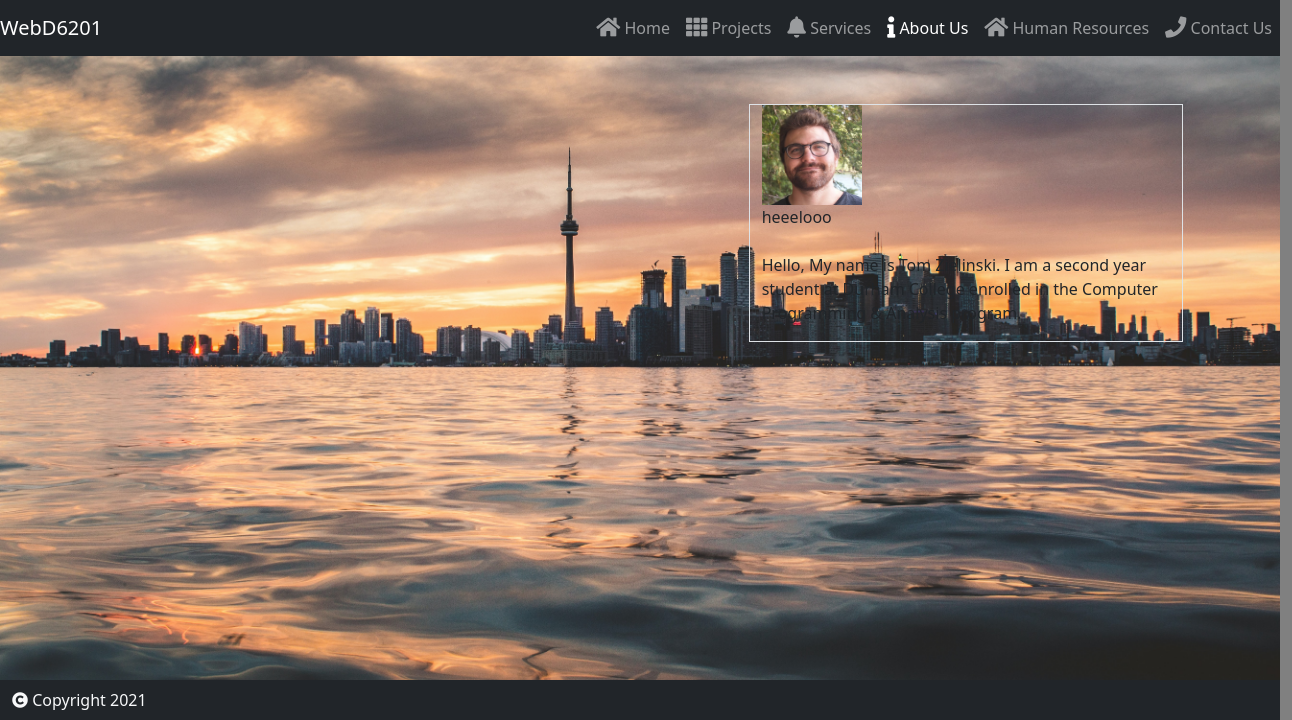
Repository: Tomelinski/Webd6201-Lab02
Page: about.html
These files come from the project's save history. The page is drawn as it stood at one moment and after the next save; the edit follows.
The browser window is 1280 px wide. The page is 1292 px wide, so the pictures cover 1292 px, including what lies to the right of the window. The pictures show the whole page.

Above is the page before, as saved 2021-02-05 17:31:27.

### about.html
<!-- Author(s): Tom Zielinski,
 *              Calvin May
 *
 *   Date: 02/02/2021 | Last Modified: 02/03/2021
 *   Document: about.html
 *   Description: ...
-->
<!DOCTYPE html>
<html lang="en">
<head>
    <meta charset="UTF-8">
    <meta name="viewport" content="width=device-width, initial-scale=1.0">
    <title>About</title>
    <!-- -->
    <link rel="stylesheet" href="./node_modules/bootstrap/dist/css/bootstrap.min.css">
    <link rel="stylesheet" href="./node_modules/@fortawesome/fontawesome-free/css/all.min.css">
    <link rel="stylesheet" href="./Content/app.css">

</head>
<body>
      <!-- Main header -->
      <header>
        <!-- Main Nav -->
          <nav class="navbar navbar-expand-lg navbar-dark bg-dark ">
              <a class="navbar-brand" href="./index.html">WebD6201</a>
              <button class="navbar-toggler" type="button" data-toggle="collapse" data-target="#navbarSupportedContent" aria-controls="navbarSupportedContent" aria-expanded="false" aria-label="Toggle navigation">
                <span class="navbar-toggler-icon"></span>
              </button>

              <div class="collapse navbar-collapse" id="navbarSupportedContent">
                <ul id="pageList" class="navbar-nav ms-auto mb-2 mb-lg-0">
                  <li class="nav-item ">
                    <a class="nav-link" aria-current="page" href="index.html"><i class="fas fa-home fa-lg"></i> Home</a>
                  </li>

                  <li class="nav-item">
                      <a id="projects" class="nav-link" aria-current="page" href="products.html"><i class="fas fa-th fa-lg"></i> Products</a>
                  </li>

                  <li class="nav-item">
                      <a class="nav-link" aria-current="page" href="services.html"><i class="fas fa-bell fa-lg"></i> Services</a>
                  </li>

                  <li class="nav-item">
                      <a class="nav-link active" aria-current="page" href="about.html"><i class="fas fa-info fa-lg"></i> About Us</a>
                  </li>

                  <li class="nav-item">
                      <a class="nav-link" aria-current="page" href="contact.html"><i class="fas fa-phone fa-lg"></i> Contact Us</a>
                  </li>
                </ul>
              </div>
            </nav>
      </header>

      <main>
        <div class="row justify-content-around">
          <div id="about-calvin" class="col-4 mt-5">

          </div>
          <div id="about-tom" class="col-4 mt-5 border">
            <div class="pull-left" id="about-tom-pic">
            </div>

            <div class="pull-left" id="about-tom-content">
              heeelooo
            </div>

          </div>
        </div>
      </main>

    <!-- Script section -->
    <script src="./node_modules/jquery/dist/jquery.min.js"></script>
    <script src="./node_modules/bootstrap/dist/js/bootstrap.bundle.min.js"></script>
    <script src="./Scripts/app.js"></script>
</body>

</html>

### Content/app.css
/* Author(s): Tom Zielinski,
 *              Calvin May
 *
 *   Date: 02/02/2021 | Last Modified: 02/03/2021
 *   Document: Services.html
 *   Description: ...
*/
/* Custom css page */
body{
    width:100vw;
    height:100vh;
    background: url("../Pictures/Toronto.jpg") no-repeat center center fixed;
    -webkit-background-size: cover;
    -moz-background-size: cover;
    -o-background-size: cover;
    background-size: cover;
    overflow-x: hidden;
    margin:0px;
    min-height:100%;
    background-color: gray;
}

### Scripts/app.js
/** Author(s): Tom Zielinski,
 *             Calvin May
 *
 *  Date: 02/02/2021 | Last Modified: 02/03/2021
 *  Document: app.js
 *  Description: ...
 */

/** Custom JavaScript Page */

/** IFFE Function */
(() => {

    // Declarations
    let mainContent = document.getElementsByTagName("main")[0]; // Holds the <main> element


    // First Fix the upper, lower navbars. Ensuring they display properly
    fixNavBars();

    /** Web Application Startup Functions */
    /** Start() - Lets the application know which content to load
     *          based on the title of the document.
    */
    function Start() {
        console.log("Web App Started.");``


        // A switch case used to figure out which page is being loaded.
        switch (document.title) {
            case "Home":
                displayHomePage();
                break;
            case "About":
                displayAboutPage();
                break;
            case "Contact":
                displayContactPage();
                break;
            case "Projects":
                displayProjectsPage();
                break;
            case "Services":
                displayServicesPage();
                break;
            case "Human Resources":
                displayHumanResourcesPage();
                break;
        }

    }

    /** Display Page Content Functions */
    /** displayHomePage() - Loads the Content for index.html */
    function displayHomePage() {

        let newParagraph = document.createElement("p");
        newParagraph.setAttribute("id", "paragraphOne");
        newParagraph.className = "fs-6 col col-md-4 mt-5 m-auto px-4 border border-dark border-4 rounded";
        newParagraph.textContent = "Welcome to Cavlin May's and Tom Zielinski's Webd6201 Lab01 webpage.";

        mainContent.appendChild(newParagraph);
    }

    /** displayAboutPage() - Loads the Content for about.html */
    function displayAboutPage() {


        let About = document.getElementById("about-tom-pic");
        let AboutT = document.getElementById("about-tom-content");
        let pic = document.createElement("img");
        pic.setAttribute("class", "pull-left")
        pic.setAttribute("src", "../Pictures/Tom.jpeg");
        pic.setAttribute("height", "100");
        pic.setAttribute("width", "100");
        pic.setAttribute("alt", "Headshot of Tom");

        let aboutTom = document.createElement("p");
        aboutTom.innerHTML = `</br><p>Hello, My name is Tom Zielinski. I am a second year student at Durham College enrolled in the Computer Programming & Analysis program.</p>`;

        About.appendChild(pic);
        AboutT.appendChild(aboutTom);
    }

    /** displayContactPage() - Loads the Content for contact.html */
    function displayContactPage() {

    }

    /** displayProjectsPage() - Loads the Content for projects.html */
    function displayProjectsPage() {

    }

    /** displayServicesPage() - Loads the Content for services.html */
    function displayServicesPage() {

    }

    /** displayHumanResourcesPage() - Loads the Content for human_resources.html */
    function displayHumanResourcesPage() {


    }

    /**
     * fixNavBars() - This Function is used to finish creating the Header/Footer Navbars
     *              using DOM Manipulation and Injection. First it fixes the "Products"
     *              NavBar link to correctly show, "Projects" and link to the projects.html
     *              page. It also Insert a new NavBar link, "Human Recources" between
     *              "About us" and "Contact Us" links. Finally, it adds a footer to the
     *              bottom of the page.
     */
    function fixNavBars()
    {
        // Fix the "Products" Nav item
        let projectPageAnchor = document.getElementById("projects");    // Get the Nav item Anchor tag by id
        projectPageAnchor.setAttribute("href", "projects.html");        // Correctly set the Hypertext Reference attribute
        projectPageAnchor.innerHTML = "<i class=\"fas fa-th fa-lg\"></i> Projects"; // Correctly set the text to indicate a project page

        // Insert a Nav item for Human Resources
        let navBarItemList = document.getElementById("pageList");  // Get the <ul> holding the Page links
        let humanResourcesListItem = document.createElement("li"); // Create a new list Item
        humanResourcesListItem.setAttribute("class", "nav-item");  // Set the class of the list item to "nav-item"
        // Create the anchor that will exist within the humanResourcesListItem
        let hrListItemData = '<a class="nav-link" aria-current="page" ' +
                             'href="human_resources.html"><i class="fas fa-home fa-lg"></i> Human Resources</a>';
        // Set the innerHtml with the data above
        humanResourcesListItem.innerHTML = hrListItemData;
        // Insert the new listitem before the 8th child within the <ul>
        //-(8th because it counts both the <li> elements and the <a> elements within)
        navBarItemList.insertBefore(humanResourcesListItem, navBarItemList.childNodes[8]);


        // Insert a new footer NavBar
        let footerData = "";    // A variable to hold the html code for the footers navBar
        // Create the footer element
        let pageFooter = document.createElement("footer");
        // Insert the new footer element before the "next" sibling of <main>
        //-Reads as <body>.insertBefore(pageFooter, elementAfterMain)
        mainContent.parentNode.insertBefore(pageFooter, mainContent.nextSibling);

        footerData = '<nav class="navbar fixed-bottom navbar-dark bg-dark"> ' +
                     '<div class="container-fluid"> ' +
                     '<h7 class="text-light"><i class="fas fa-copyright text-light"></i> Copyright 2021</h7> ' +
                     '</div> ' +
                     '</nav> ';
        pageFooter.innerHTML = footerData;

    }

    // Add an event listener for the load event (Page load).
    //-Call the Start() function so that we can display page
    //-specific content
    window.addEventListener("load", Start);

})();

Loaded but not shown: node_modules/bootstrap/dist/css/bootstrap.min.css (library); node_modules/@fortawesome/fontawesome-free/css/all.min.css (library); node_modules/jquery/dist/jquery.min.js (library); node_modules/bootstrap/dist/js/bootstrap.bundle.min.js (library)

After the next save:
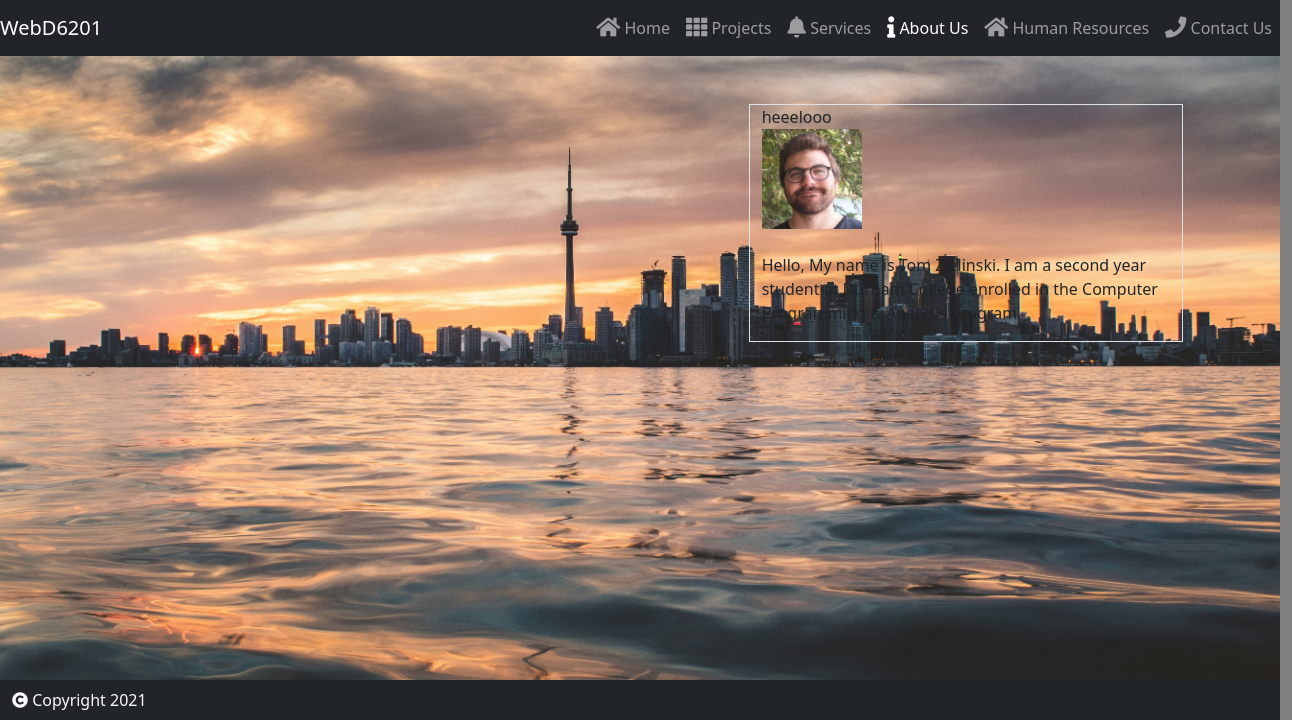
Saved 2 min 2 s later.
--- a/Scripts/app.js
+++ b/Scripts/app.js
@@ -66,10 +66,8 @@
     function displayAboutPage() {
 
 
-        let About = document.getElementById("about-tom-pic");
-        let AboutT = document.getElementById("about-tom-content");
+        let About = document.getElementById("about-tom");
         let pic = document.createElement("img");
-        pic.setAttribute("class", "pull-left")
         pic.setAttribute("src", "../Pictures/Tom.jpeg");
         pic.setAttribute("height", "100");
         pic.setAttribute("width", "100");
@@ -79,7 +77,7 @@
         aboutTom.innerHTML = `</br><p>Hello, My name is Tom Zielinski. I am a second year student at Durham College enrolled in the Computer Programming & Analysis program.</p>`;
 
         About.appendChild(pic);
-        AboutT.appendChild(aboutTom);
+        About.appendChild(aboutTom);
     }
 
     /** displayContactPage() - Loads the Content for contact.html */
